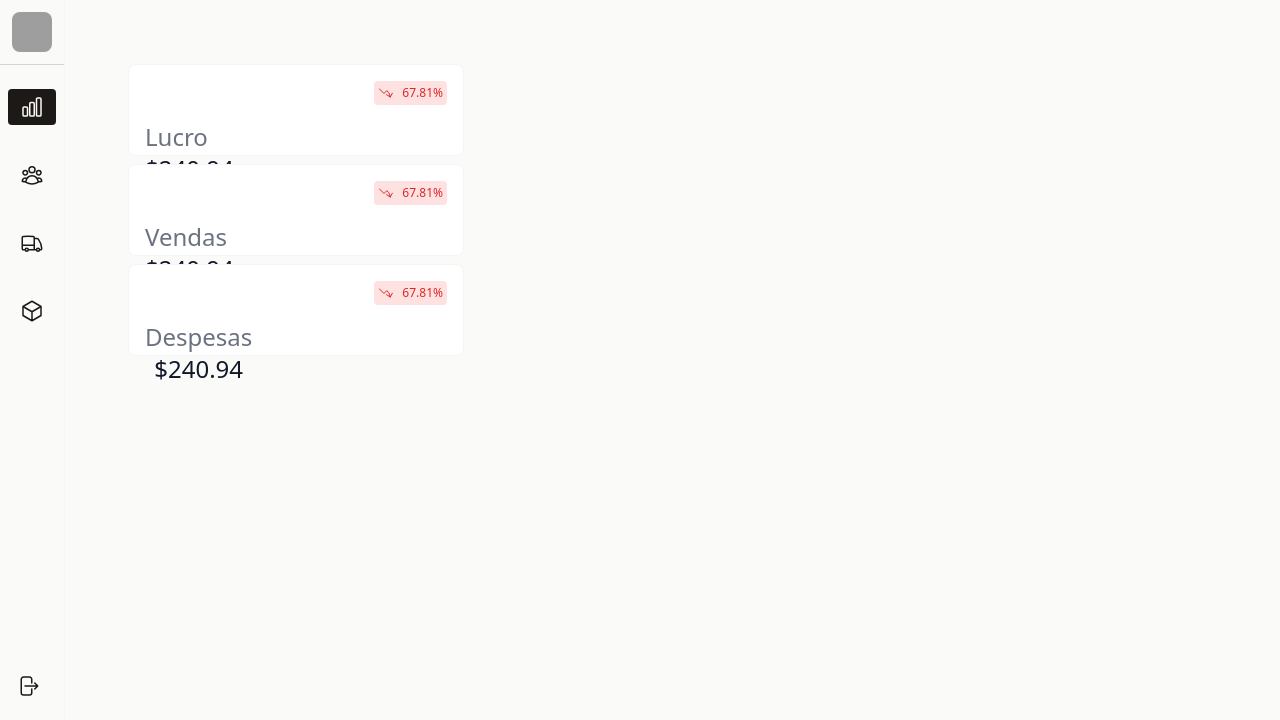
Repository: XavierOtavio/Cuzinhas
Page: /dashboard
An editor plug-in stored every save of this project. The page is shown before and after the next save, followed by the edit.
The browser window is 1280 px wide. The pictures show the whole page.
Pictures or frames that could not be fetched are drawn as grey boxes. The project was rebuilt for these pictures with package versions that can differ from the ones it lists, and the page was loaded fresh each time. Also part of the build but not shown: src/components/Orders.js, src/components/Employees.js, src/components/Login.js, src/components/Register.js, src/components/Home.js, src/components/Logotipo.js, src/components/Header.js, src/components/Footer.js and 1 more.

Above is the page before, as saved 2023-03-08 18:46:36.

### src/App.js
import { Route, Routes } from "react-router-dom";
import LayoutBackend from "./components/LayoutBackend";
import Dashboard from "./components/Dashboard";
import Orders from "./components/Orders";
import Employees from "./components/Employees";
import Login from "./components/Login";
import Register from "./components/Register";
import Home from "./components/Home";
import LayoutFront from "./components/LayoutFront";

function App() {
  return (
    <div className="App">
      <Routes>
        <Route path="/dashboard" element={<LayoutBackend />}>
          <Route path="" element={<Dashboard />} />
          <Route path="orders" element={<Orders />} />
          <Route path="employees" element={<Employees />} />
        </Route>
        <Route path="" element={<LayoutFront />}>
          <Route path="/" element={<Home />} />
        </Route>
        <Route path="/login" element={<Login />} />
        <Route path="/register" element={<Register />} />
      </Routes>
    </div>
  );
}

export default App;

### src/components/LayoutBackend.js
import React from "react";
import SideBar from "./SideBar";
import { Outlet } from "react-router-dom";

export default function LayoutBackend() {
  return (
    <>
      <div className="absolute h-screen w-screen">
        <SideBar />
        <div className="relative flex h-full items-center justify-center bg-stone-50">
          <Outlet />
        </div>
      </div>
    </>
  );
}

### src/components/Dashboard.js
import React from "react";
import {
  ArrowTrendingUpIcon,
  ArrowTrendingDownIcon,
} from "@heroicons/react/24/outline";

export default function Dashboard() {
  return (
    <div className="absolute inset-0 mx-32 my-16 grid grid-cols-12 grid-rows-6 gap-2">
      <div className="row-start-1 row-end-2 col-start-1 col-end-5">
        <button class="flex flex-col gap-4 rounded-lg border border-gray-100 bg-white w-full h-full p-4">
          <div class="inline-flex gap-2 self-end rounded bg-red-100 p-1 text-red-600">
            <ArrowTrendingDownIcon className="h-4 w-4" />
            <span class="text-xs font-medium"> 67.81% </span>
          </div>
          <div>
            <strong class="block text-left text-2xl font-medium text-gray-500">
              Lucro
            </strong>
            <p>
              <span class="text-2xl font-medium text-gray-900"> $240.94 </span>
            </p>
          </div>
        </button>
      </div>
      <div className="row-start-2 row-end-3 col-start-1 col-end-5">
        <button class="flex flex-col gap-4 rounded-lg border border-gray-100 bg-white w-full h-full p-4">
          <div class="inline-flex gap-2 self-end rounded bg-red-100 p-1 text-red-600">
            <ArrowTrendingDownIcon className="h-4 w-4" />
            <span class="text-xs font-medium"> 67.81% </span>
          </div>
          <div>
            <strong class="block text-left text-2xl font-medium text-gray-500">
              Vendas
            </strong>
            <p>
              <span class="text-2xl font-medium text-gray-900"> $240.94 </span>
            </p>
          </div>
        </button>
      </div>
      <div className="row-start-3 row-end-4 col-start-1 col-end-5">
        <button class="flex flex-col gap-4 rounded-lg border border-gray-100 bg-white w-full h-full p-4">
          <div class="inline-flex gap-2 self-end rounded bg-red-100 p-1 text-red-600">
            <ArrowTrendingDownIcon className="h-4 w-4" />
            <span class="text-xs font-medium"> 67.81% </span>
          </div>
          <div>
            <strong class="block text-left text-2xl font-medium text-gray-500">
              Despesas
            </strong>
            <p>
              <span class="text-2xl font-medium text-gray-900"> $240.94 </span>
            </p>
          </div>
        </button>
      </div>
    </div>
  );
}

### src/components/SideBar.js
import React from "react";
import { Link, useLocation } from "react-router-dom";
import {
  ArrowRightOnRectangleIcon,
  ChartBarIcon,
  CubeIcon,
  TruckIcon,
  UserGroupIcon,
} from "@heroicons/react/24/outline";

export default function SideBar() {
  const location = useLocation();
  return (
    <div className="absolute inset-y-0 left-0 z-10 w-16 shadow-sm bg-stone-50">
      <div>
        <div className="inline-flex h-16 w-16 items-center justify-center">
          <Link
            to="/profile"
            className="group relative flex justify-center rounded"
          >
            <img
              alt="user"
              className="rounded-lg h-10 w-10"
              src="https://cdn.discordapp.com/attachments/1082425024104894666/1082799435727253584/xSVMV6xD9Cf7K56wjeEF--1--2htnr.jpg"
            />
            <span className="absolute left-full text-left whitespace-nowrap top-1/2 ml-4 -translate-y-1/2 rounded bg-stone-900 px-2 py-1.5 text-xs font-medium text-stone-50 opacity-0 group-hover:opacity-100">
              Perfil <p className="font-light">Xavier Otávio</p>
            </span>
          </Link>
        </div>
        <div className="border-t border-stone-300">
          <nav aria-label="Main" className="flex flex-col p-2">
            <div className="py-4">
              <Link
                to="/dashboard"
                className={`group relative flex  justify-center rounded  px-2 py-1.5  ${
                  location.pathname === "/dashboard"
                    ? "bg-stone-900 text-stone-50"
                    : "bg-stone-50 text-stone-900"
                }`}
              >
                <ChartBarIcon className="h-6 w-6" />
                <span className="absolute left-full top-1/2 ml-4 -translate-y-1/2 rounded bg-stone-900 px-2 py-1.5 text-xs font-medium text-stone-50 opacity-0 group-hover:opacity-100">
                  Dashboard
                </span>
              </Link>
            </div>
            <div className="py-4">
              <Link
                to="/dashboard/employees"
                className={`group relative flex  justify-center rounded  px-2 py-1.5  ${
                  location.pathname === "/dashboard/employees"
                    ? "bg-stone-900 text-stone-50"
                    : "bg-stone-50 text-stone-900"
                }`}
              >
                <UserGroupIcon className="h-6 w-6" />
                <span className="absolute left-full top-1/2 ml-4 -translate-y-1/2 rounded bg-stone-900 px-2 py-1.5 text-xs font-medium text-stone-50 opacity-0 group-hover:opacity-100">
                  Empregados
                </span>
              </Link>
            </div>
            <div className="py-4">
              <Link
                to="/dashboard/orders"
                className={`group relative flex  justify-center rounded  px-2 py-1.5  ${
                  location.pathname === "/dashboard/orders"
                    ? "bg-stone-900 text-stone-50"
                    : "bg-stone-50 text-stone-900"
                }`}
              >
                <TruckIcon className="h-6 w-6" />
                <span className="absolute left-full top-1/2 ml-4 -translate-y-1/2 rounded bg-stone-900 px-2 py-1.5 text-xs font-medium text-stone-50 opacity-0 group-hover:opacity-100">
                  Encomendas
                </span>
              </Link>
            </div>
            <div className="py-4">
              <Link
                to="/dashboard/stock"
                className={`group relative flex  justify-center rounded  px-2 py-1.5  ${
                  location.pathname === "/dashboard/stock"
                    ? "bg-stone-900 text-stone-50"
                    : "bg-stone-50 text-stone-900"
                }`}
              >
                <CubeIcon className="h-6 w-6" />
                <span className="absolute left-full top-1/2 ml-4 -translate-y-1/2 rounded bg-stone-900 px-2 py-1.5 text-xs font-medium text-stone-50 opacity-0 group-hover:opacity-100">
                  Matérias-primas
                </span>
              </Link>
            </div>
            <div className="py-4 bottom-0 absolute">
              <Link
                to="/"
                className="group relative flex  justify-center rounded bg-stone-50 px-2 py-1.5 text-stone-900"
              >
                <ArrowRightOnRectangleIcon className="h-6 w-6" />
                <span className="absolute left-full top-1/2 ml-4 -translate-y-1/2 rounded bg-stone-900 px-2 py-1.5 text-xs font-medium text-stone-50 opacity-0 group-hover:opacity-100">
                  Sair
                </span>
              </Link>
            </div>
          </nav>
        </div>
      </div>
    </div>
  );
}

Loaded but not shown: public/index.html (common file); src/index.js (common file); src/index.css (common file); src/reportWebVitals.js (common file); tailwind.config.js (common file)

After the next save:
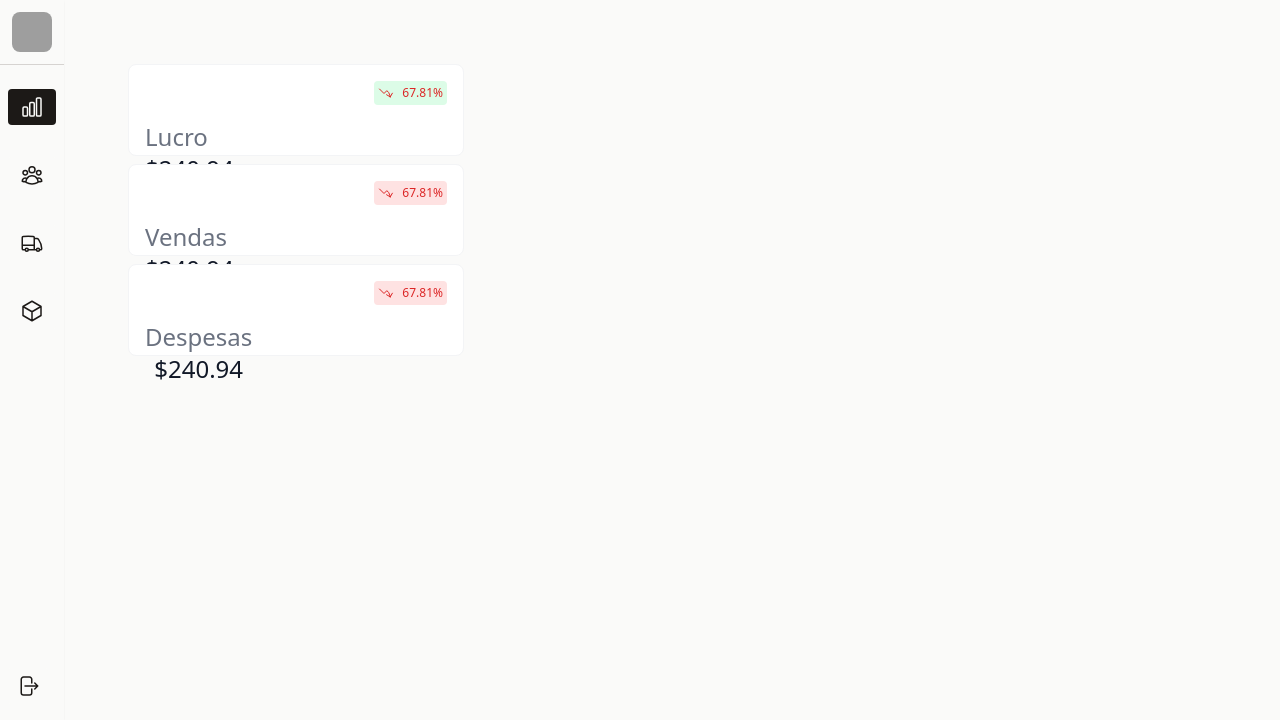
Saved 5 s later.
--- a/src/components/Dashboard.js
+++ b/src/components/Dashboard.js
@@ -9,7 +9,7 @@ export default function Dashboard() {
     <div className="absolute inset-0 mx-32 my-16 grid grid-cols-12 grid-rows-6 gap-2">
       <div className="row-start-1 row-end-2 col-start-1 col-end-5">
         <button class="flex flex-col gap-4 rounded-lg border border-gray-100 bg-white w-full h-full p-4">
-          <div class="inline-flex gap-2 self-end rounded bg-red-100 p-1 text-red-600">
+          <div class="inline-flex gap-2 self-end rounded bg-green-100 p-1 text-red-600">
             <ArrowTrendingDownIcon className="h-4 w-4" />
             <span class="text-xs font-medium"> 67.81% </span>
           </div>
